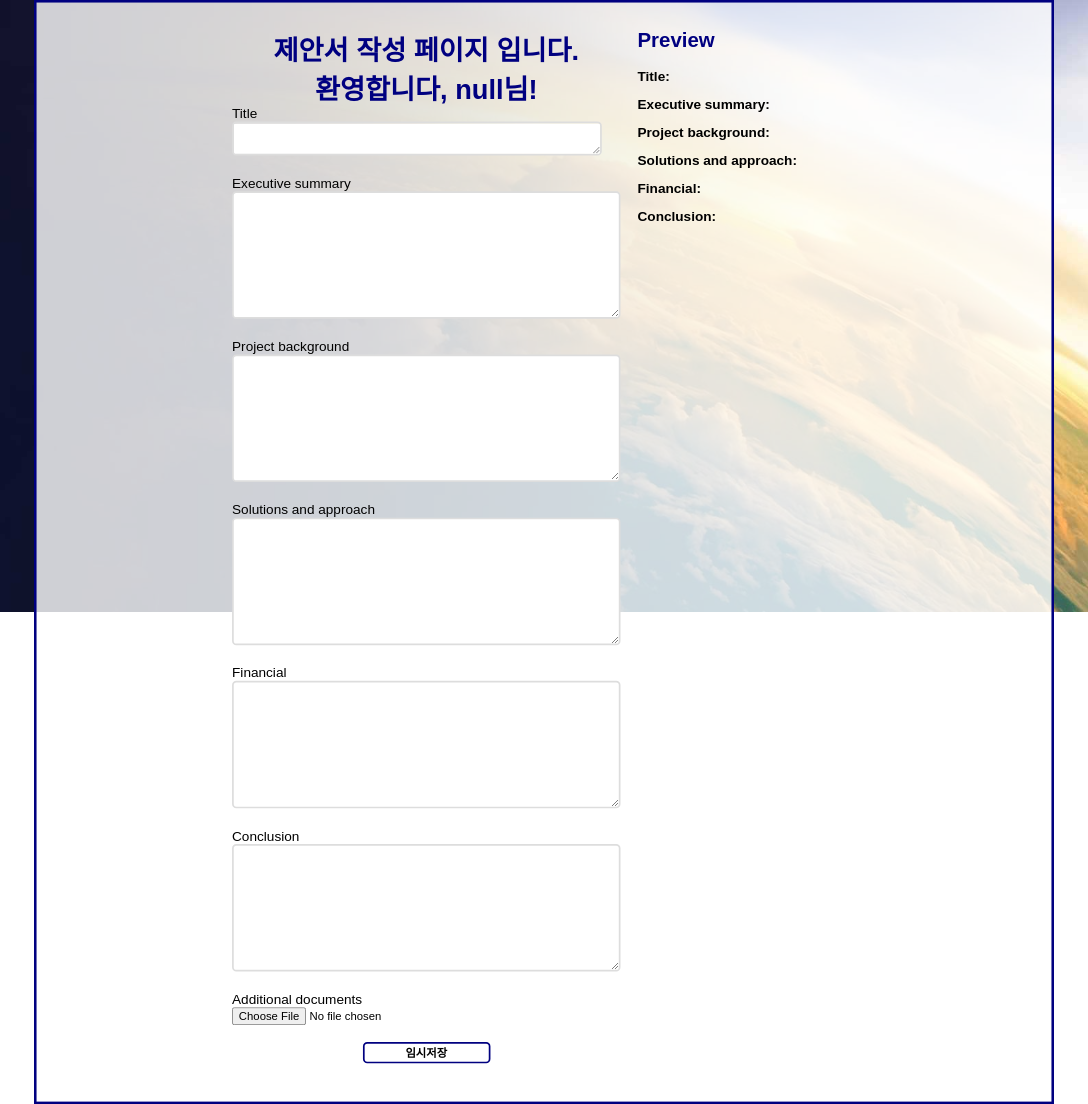
Repository: leeboseok/proposal-board
Page: http://localhost/ProposalSys/create.jsp
An editor plug-in stored every save of this project. The page is shown before and after the next save, followed by the edit.
The browser window is 1280 px wide. The pictures show the whole page, at 85% of full size.
The page is served by Tomcat 9.

Above is the page before, as saved 2024-07-29 08:45:33.

After the next save:
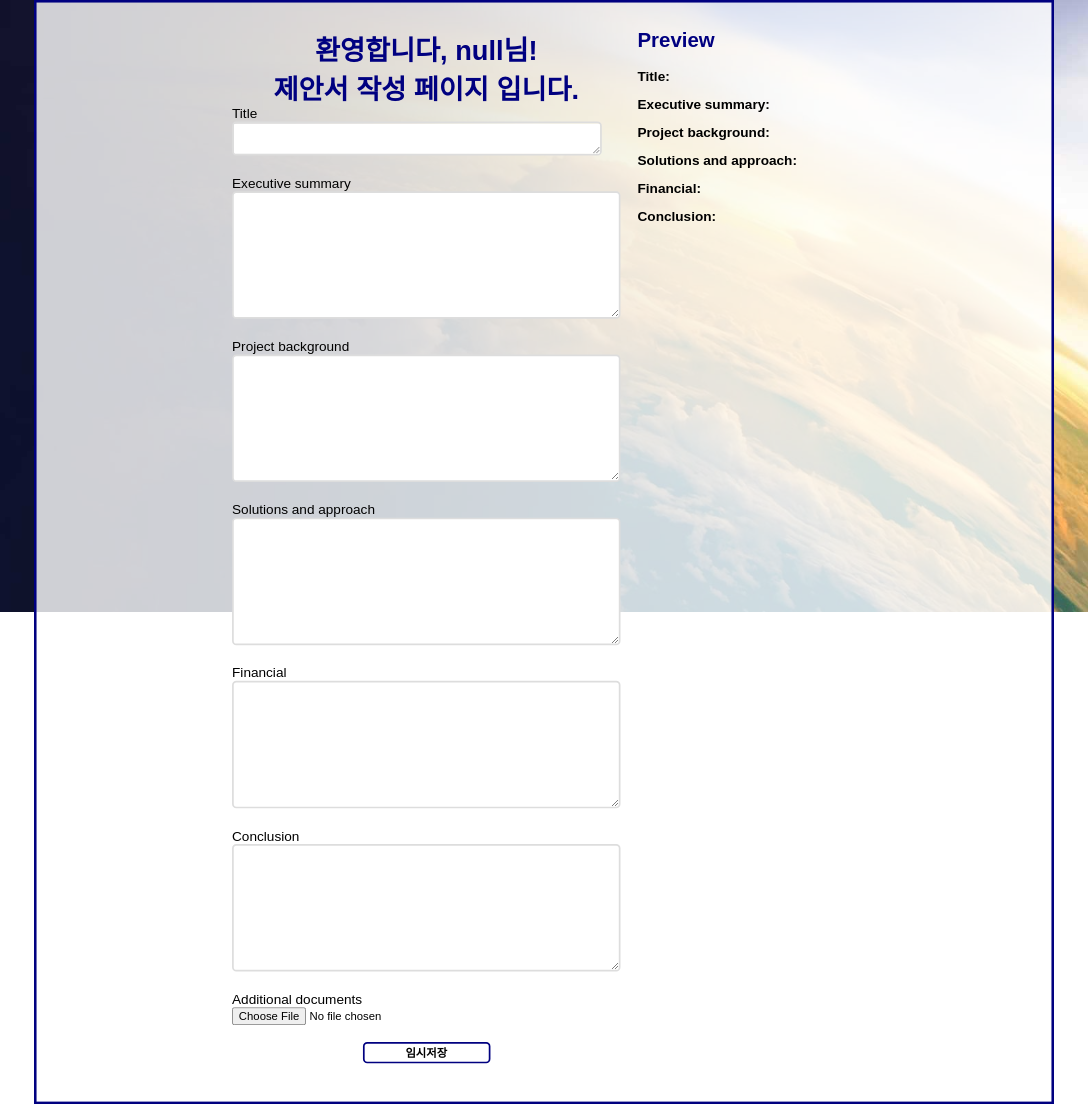
Saved 17 s later.
--- a/ProposalSys/src/main/webapp/create.jsp
+++ b/ProposalSys/src/main/webapp/create.jsp
@@ -125,9 +125,9 @@
         </div>
         <div class="div_input"> <!--여기는 유저가 제안서를 작성하는 파트 입니다.-->
             <form method="post" action="createprogress.jsp">
+            	<% String data = (String) session.getAttribute("FirstName"); %>
+            	<h1>환영합니다, <%= data %>님!</h1>
                 <h1>제안서 작성 페이지 입니다.</h1>
-                <% String data = (String) session.getAttribute("FirstName"); %>
-                <h1>환영합니다, <%= data %>님!</h1>
                 <div>
                     <div>Title</div>
                     <textarea name="title" class="small-input"></textarea>
